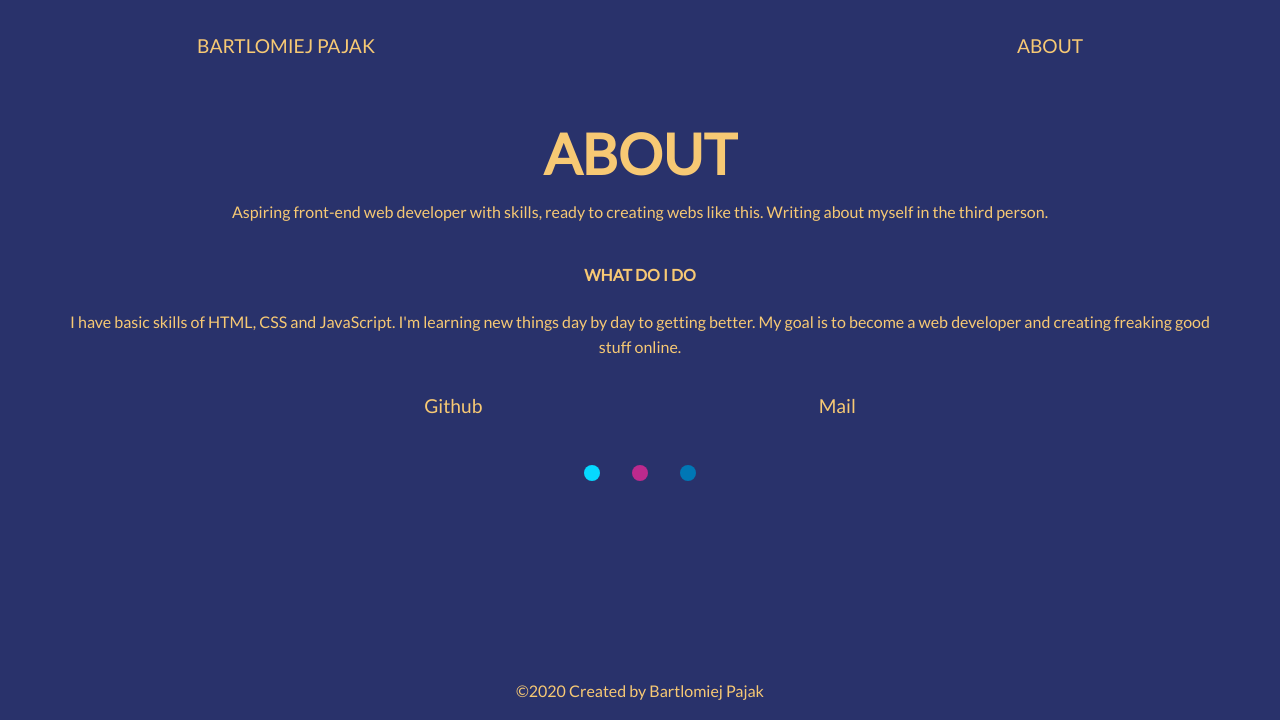
Repository: spidero7/personal-site
Page: about.html
The author's editor kept a copy of each file at every save. The page is drawn from the files as they stood at one save, then again after the next save.
The browser window is 1280 px wide. The pictures show the whole page.

Above is the page before, as saved 2020-04-16 23:21:03.

### about.html
<!DOCTYPE html>
<html>

    <head>
        <meta charset="utf-8">
        <title>Bartlomiej Pajak</title>
        <meta name="viewport" content="width=device-width, initial-scale=1">
        <link rel="stylesheet" href="css/normalize.css">
        <link href="https://fonts.googleapis.com/css2?family=Lato&display=swap" rel="stylesheet">
        <link rel="stylesheet" href="css/style.css">
        <link rel="stylesheet" href="css/flexbox.css">
    </head>

    <body>

        <div>
            <header class="main-header">
                <nav>
                    <ul class="main-nav">
                        <li><a href="index.html">Bartlomiej Pajak</a></li>
                        <li><a href="about.html">About</a></li>
                    </ul>
                </nav>
            </header>
        </div>

        <div class="about-container">

            <h1 class="about">About</h1>
            <p class="me">Aspiring front-end web developer with skills, ready to creating webs like this. Writing about myself in the third person.</p>
            <h4>What do I do</h4>
            <p>I have basic skills of HTML, CSS and JavaScript. I'm learning new things day by day to getting better. My goal is to become a web developer and creating freaking good stuff online.</p>

        </div>

        <div>
            <ul class="contact">
                <li><a href="#">Github</a></li>
                <li><a href="#">Mail</a></li>
            </ul>
        </div>

        <div>
            <ul class="social">
                <li><a target="_blank" href="#" class="twitter">twitter</a></li>
                <li><a target="_blank" href="#" class="instagram">instagram</a></li>
                <li><a target="_blank" href="#" class="linkedin">linkedin</a></li>
            </ul>
        </div>

        <footer class="main-footer">
            <span>&copy;2020 Created by Bartlomiej Pajak</span>
        </footer>

    </body>
</html>

### css/style.css
/* =================================
  Base Element Styles
==================================== */

* {
    box-sizing: border-box;
}

body {
    font-family: 'Lato', sans-serif;
    line-height: 1.6;
    color: #F7C974;
    margin: 0;
    background-color: #29326B;
}

h1 {
    text-transform: uppercase;
    text-align: center;
    display: block;
    font-size: 3.5em;
    margin-bottom: auto;

}

h4 {
    text-transform: uppercase;
    align-self: center;
}

ul {
    margin: 0;
    padding: 0;
    list-style: none;
}

a {
    text-decoration: none;
    color: #F7C974;
    font-weight: 500;
    font-size: 1.2em;

}

p {
    margin-top: 0;
}

/* =================================
  Base Layout Styles
==================================== */

/* ---- Navigation ---- */

.main-nav {
    margin-top: 5px;
}

.main-nav a {
    text-align: center;
    display: block;
    padding: 5px 5px;
    text-transform: uppercase;
    margin-top: 15px;
}

a:hover {
    color: rgb(212, 188, 144);
}

.target {
    text-align: center;
    display: block;
    font-weight: 500;
    font-size: 1.2em;
    margin-top: 10px;;
}


/* ---- Layout Containers ---- */

.main-header {
    padding-top: .35em;
    padding-bottom: .35em;
}

.container {
    padding: 1em 0;
    width: 80%;
    margin: 0 auto;
}

.main-footer {
    padding: 1em 0;
    margin-top: 30px;
    text-align: center;
}

.about-container {
    width: 90%;
    margin: 0 auto;
    text-align: center;
}

.contact {
    margin: 15px auto 0 auto;
    width: 60%;
}

/* =================================
    Social
==================================== */

.social {
    margin-top: 40px;
}

.social a{
    display: inline-block;
    border-radius: 50%;
    margin: 0 16px;
    width: 16px;
    height: 16px;
    overflow: hidden;
    white-space: nowrap;
    text-indent: 99em;
    transition: .2s;
}

.social a:hover {
    width: 20px;
    height: 20px;
}

.twitter {
    background-color: #06d9ff;
}

.instagram {
    background-color: #bc2a8d;
}

.linkedin {
    background-color: #0077B5;
}

/* =================================
  Media Queries
==================================== */


@media (min-width: 769px) {
    .main-header,
    .main-footer,
    .container  {
        width: 80%;
        margin: 0 auto;
    }

    .position {
        font-size: 4.5em;
    }

    .target {
        font-size: 1.4em;
    }

}

@media (min-width: 1025px) {
    .container{
        width: 60%;
        max-width: 810px;
    }
}

@media (min-width: 1025px) {
    .main-header {
        width: 70%;
    }
}

### css/flexbox.css
/* =================================
  Base Styles
==================================== */

body {
    display: flex;
    flex-direction: column;
    min-height: 100vh;
}

.main-footer {
    margin-top: auto;
}

.about-container {
    display: flex;
    flex-direction: column;
    align-items: center;
}

.contact {
    display: flex;
    justify-content: space-around;
    margin: 15px auto 0 auto;
}

.social {
    display: flex;
    justify-content: center;
}

/* =================================
  Media Queries
==================================== */

@media (min-width: 769px) {
    .main-nav {
        display: flex;
        flex-direction: row;
        justify-content: space-between;
    }

    .container {
        margin-top: 50px;
    }

}

Loaded but not shown: css/normalize.css (library)

After the next save:
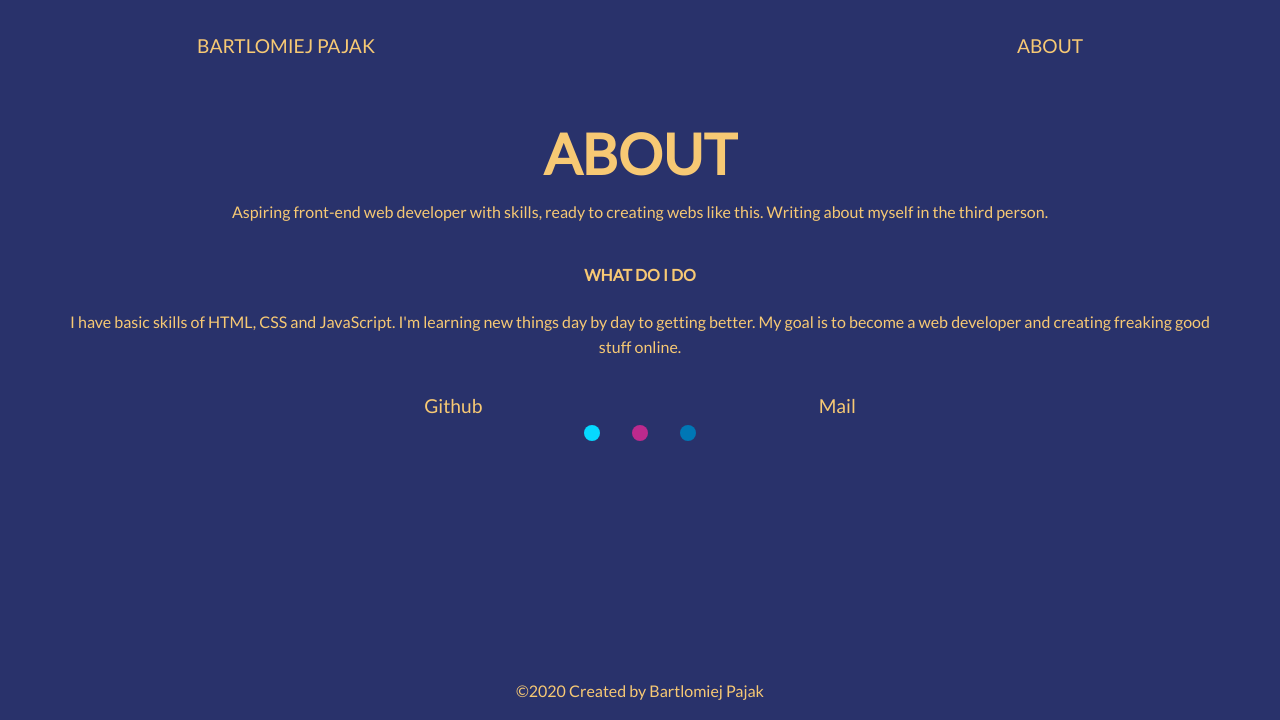
Saved 60 s later.
--- a/css/style.css
+++ b/css/style.css
@@ -112,7 +112,7 @@ a:hover {
 ==================================== */
 
 .social {
-    margin-top: 40px;
+    margin-top: auto;
 }
 
 .social a{
